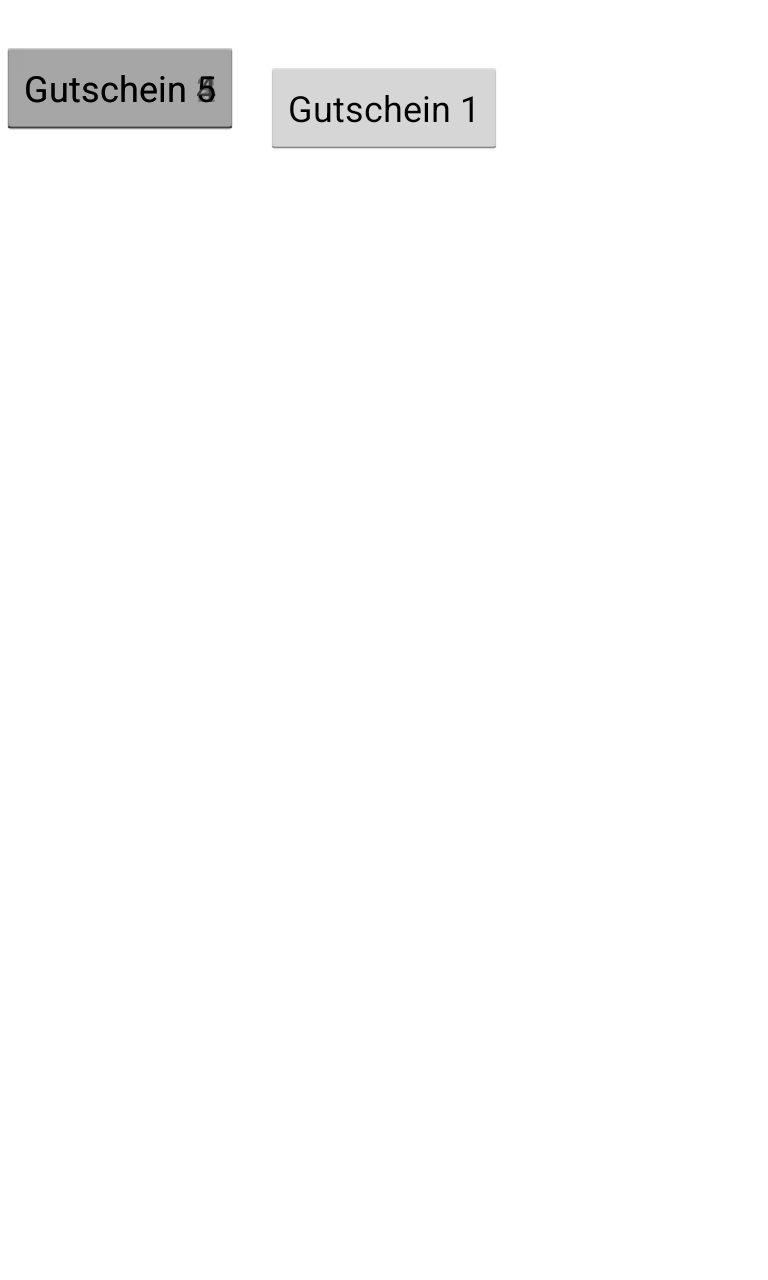
Repository: flashback2k12/ChristmasPresent
Layout: ChristmasPresent/res/layout/activity_checkbox2.xml
The author's editor kept a copy of each file at every save. The layout is drawn from the files as they stood at one save, then again after the next save.
It is drawn on a 768 x 1280 px phone screen (xhdpi) without system bars, with theme AppTheme; the app's code is not run.

Above is the layout before, as saved 2012-12-18 19:55:23.

### ChristmasPresent/res/layout/activity_checkbox2.xml
<?xml version="1.0" encoding="utf-8"?>
<RelativeLayout xmlns:android="http://schemas.android.com/apk/res/android"
    android:layout_width="match_parent"
    android:layout_height="match_parent">

    <Button
        android:id="@+id/button6"
        android:layout_width="wrap_content"
        android:layout_height="wrap_content"
        android:layout_alignParentTop="true"
        android:layout_centerHorizontal="true"
        android:layout_marginLeft="50dp"
        android:layout_marginRight="50dp"
        android:layout_marginTop="30dp"
        android:onClick="FirstCoupon"
        android:text="@string/checkbox1" />

    <Button
        android:id="@+id/Button07"
        android:layout_width="wrap_content"
        android:layout_height="wrap_content"
        android:layout_alignLeft="@+id/button1"
        android:layout_below="@+id/button1"
        android:layout_marginTop="20dp"
        android:onClick="SecoundCoupon"
        android:text="@string/checkbox2" />

    <Button
        android:id="@+id/Button08"
        android:layout_width="wrap_content"
        android:layout_height="wrap_content"
        android:layout_alignLeft="@+id/Button01"
        android:layout_below="@+id/Button01"
        android:layout_marginTop="20dp"
        android:onClick="ThirdCoupon"
        android:text="@string/checkbox3" />

    <Button
        android:id="@+id/Button09"
        android:layout_width="wrap_content"
        android:layout_height="wrap_content"
        android:layout_alignLeft="@+id/Button02"
        android:layout_below="@+id/Button02"
        android:layout_marginTop="20dp"
        android:onClick="FourthCoupon"
        android:text="@string/checkbox4" />

    <Button
        android:id="@+id/Button10"
        android:layout_width="wrap_content"
        android:layout_height="wrap_content"
        android:layout_alignLeft="@+id/Button03"
        android:layout_below="@+id/Button03"
        android:layout_marginTop="20dp"
        android:onClick="FifthCoupon"
        android:text="@string/checkbox5" />

</RelativeLayout>

### ChristmasPresent/res/values-v11/styles.xml
<resources>

	<style  name="AppTheme" parent="android:Theme.Holo.Light" />

</resources>

### ChristmasPresent/res/values/strings.xml
<?xml version="1.0" encoding="utf-8"?>
<resources>

    <string name="app_name">Weihnachtsgeschenk</string>
    <string name="title_activity_main">Weihnachtsgeschenk</string><string name="menu_settings">Menü</string><string name="hello_schatz_z1">Ich wünsche dir alles liebe zum Weihnachtsfest mein Schatz. :-* </string>
    <string name="hello_schatz_z2">Ich hoffe, dass dir die nächsten Punkte gefallen werden!!! :-)</string>

    <string name="button_standard">drück mich!</string>
    <string name="fuelltext">Spannung...</string>
    <string name="checkbox1">Gutschein 1</string>
    <string name="checkbox2">Gutschein 2</string>
    <string name="checkbox3">Gutschein 3</string>
    <string name="checkbox4">Gutschein 4</string>
    <string name="checkbox5">Gutschein 5</string>
    <string name="gutschein1">Ein Gutschein für einen Kinobesuch deiner Wahl!</string>
    <string name="gutschein2">Ein Gutschein zum Essen gehen deiner Wahl!</string>
    <string name="gutschein3">Ein Gutschein für eine Massage!</string>
    <string name="gutschein4">Ein Gutschein für ein Candlelight Dinner!</string>
    <string name="gutschein5">Ein Gutschein für 4 Knutsch-Fotos im Passbildautomat (Ecke Löffelfamilie)!</string>



</resources>

Loaded but not shown: ChristmasPresent/res/values-v14/styles.xml (common file); ChristmasPresent/res/values/styles.xml (common file)

After the next save:
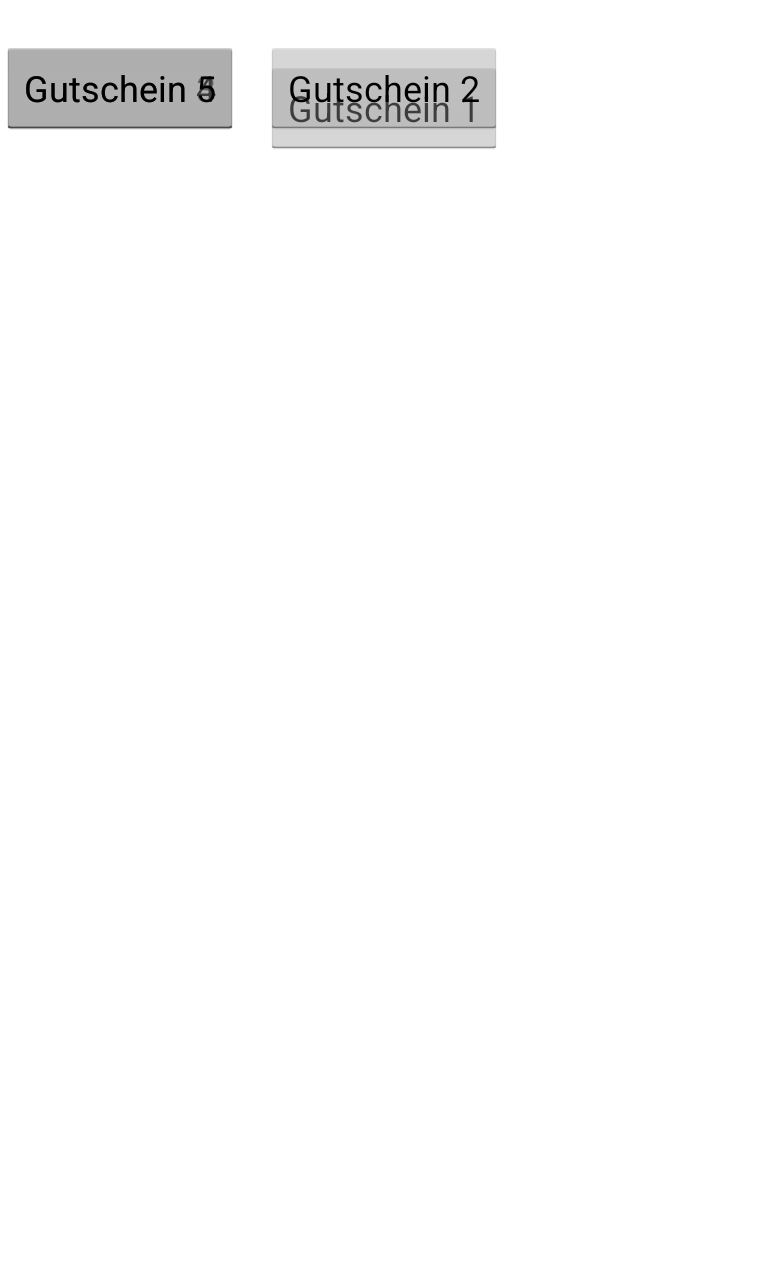
Saved 12 s later.
--- a/ChristmasPresent/res/layout/activity_checkbox2.xml
+++ b/ChristmasPresent/res/layout/activity_checkbox2.xml
@@ -19,8 +19,8 @@
         android:id="@+id/Button07"
         android:layout_width="wrap_content"
         android:layout_height="wrap_content"
-        android:layout_alignLeft="@+id/button1"
-        android:layout_below="@+id/button1"
+        android:layout_alignLeft="@+id/button6"
+        android:layout_below="@+id/button8"
         android:layout_marginTop="20dp"
         android:onClick="SecoundCoupon"
         android:text="@string/checkbox2" />
